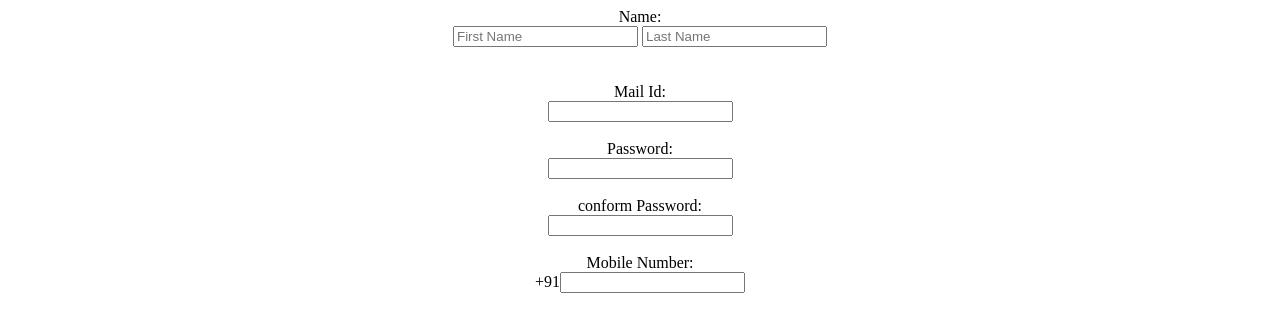
Repository: AbubakarShaik/Java_J2EE_Project
Page: http://localhost/com.testprojectServlet/Registration.jsp
These files come from the project's save history. The page is drawn as it stood at one moment and after the next save; the edit follows.
The browser window is 1280 px wide. The pictures show the whole page.
The page is served by Tomcat 9. Other server files are loaded and not shown.

Above is the page before, as saved 2016-12-19 18:06:26.

### com.testprojectServlet/WebContent/Registration.jsp
<%@ page language="java" contentType="text/html; charset=ISO-8859-1"
    pageEncoding="ISO-8859-1"%>
<!DOCTYPE html PUBLIC "-//W3C//DTD HTML 4.01 Transitional//EN" "http://www.w3.org/TR/html4/loose.dtd">
<html>
<head>
<meta http-equiv="Content-Type" content="text/html; charset=ISO-8859-1">
<title>Insert title here</title>
</head>
<body>

<center>
Name:<br> <center><input type="text" placeholder="First Name"> <input type="text" placeholder="Last Name"><center>
<br>

<br>
Mail Id:<br>
<input type="text" name="Mail Id">
<br>

<br>
Password:<br>
<input type="text" name="Password">
<br>

<br>
conform Password:<br>
<input type="text" name="Password">
<br>

<br>
Mobile Number:<br>
+91<input type="text" name="Number">

</center>
</body>
</html>

After the next save:
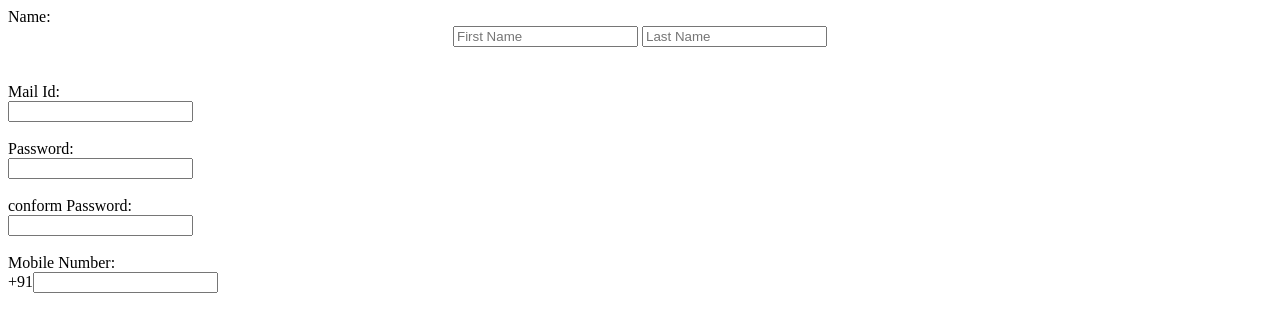
Saved 33 s later.
--- a/com.testprojectServlet/WebContent/Registration.jsp
+++ b/com.testprojectServlet/WebContent/Registration.jsp
@@ -8,8 +8,8 @@
 </head>
 <body>
 
-<center>
-Name:<br> <center><input type="text" placeholder="First Name"> <input type="text" placeholder="Last Name"><center>
+
+Name:<br> <center><input type="text" placeholder="First Name"> <input type="text" placeholder="Last Name"></center>
 <br>
 
 <br>
@@ -31,6 +31,6 @@ conform Password:<br>
 Mobile Number:<br>
 +91<input type="text" name="Number">
 
-</center>
+
 </body>
 </html>
